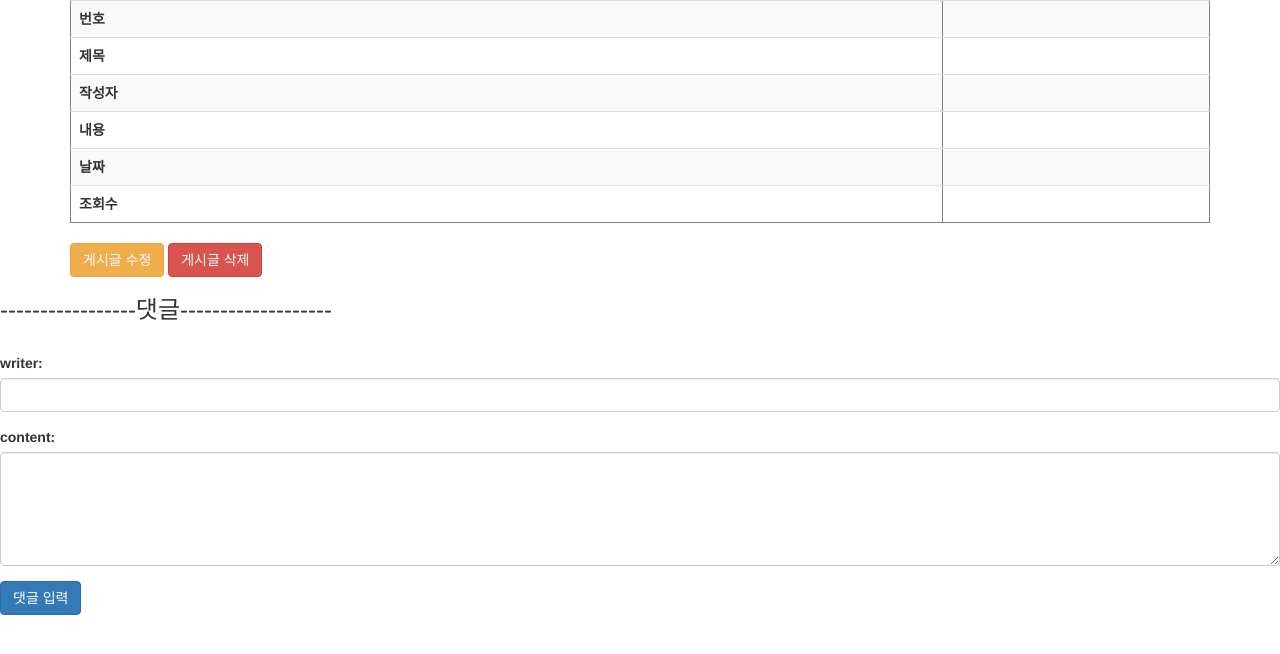
Repository: changyunLee/practice_01
Page: http://localhost/board0513/WEB-INF/views/detail.jsp
The author's editor kept a copy of each file at every save. The page is drawn from the files as they stood at one save, then again after the next save.
The browser window is 1280 px wide. The pictures show the whole page.
The page is served by Tomcat 9. Nobody is signed in. The template is opened directly, without the code that normally fills it, so the values that code supplies are empty.

Above is the page before, as saved 2021-10-05 03:29:38.

After the next save:
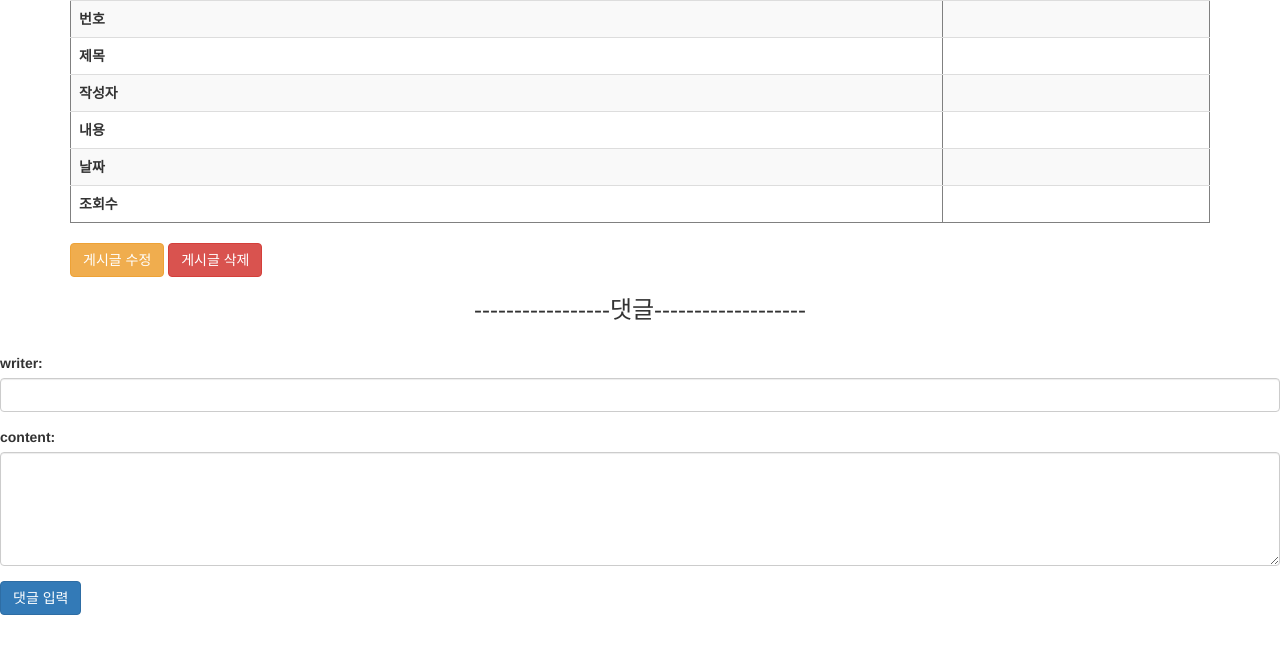
Saved 9 s later.
--- a/SpringMVC_WORK/board0513/src/main/webapp/WEB-INF/views/detail.jsp
+++ b/SpringMVC_WORK/board0513/src/main/webapp/WEB-INF/views/detail.jsp
@@ -84,7 +84,7 @@
 	<table border="1" width="50%">
 		<form id="writerply">
 
-			<h3 style="align-center">-----------------댓글-------------------</h3>
+			<h3 style="text-align: center">-----------------댓글-------------------</h3>
 			<input type="hidden" name="bnum" value=" ${board.bnum }" /><br />
 
 			<div class="form-group">
